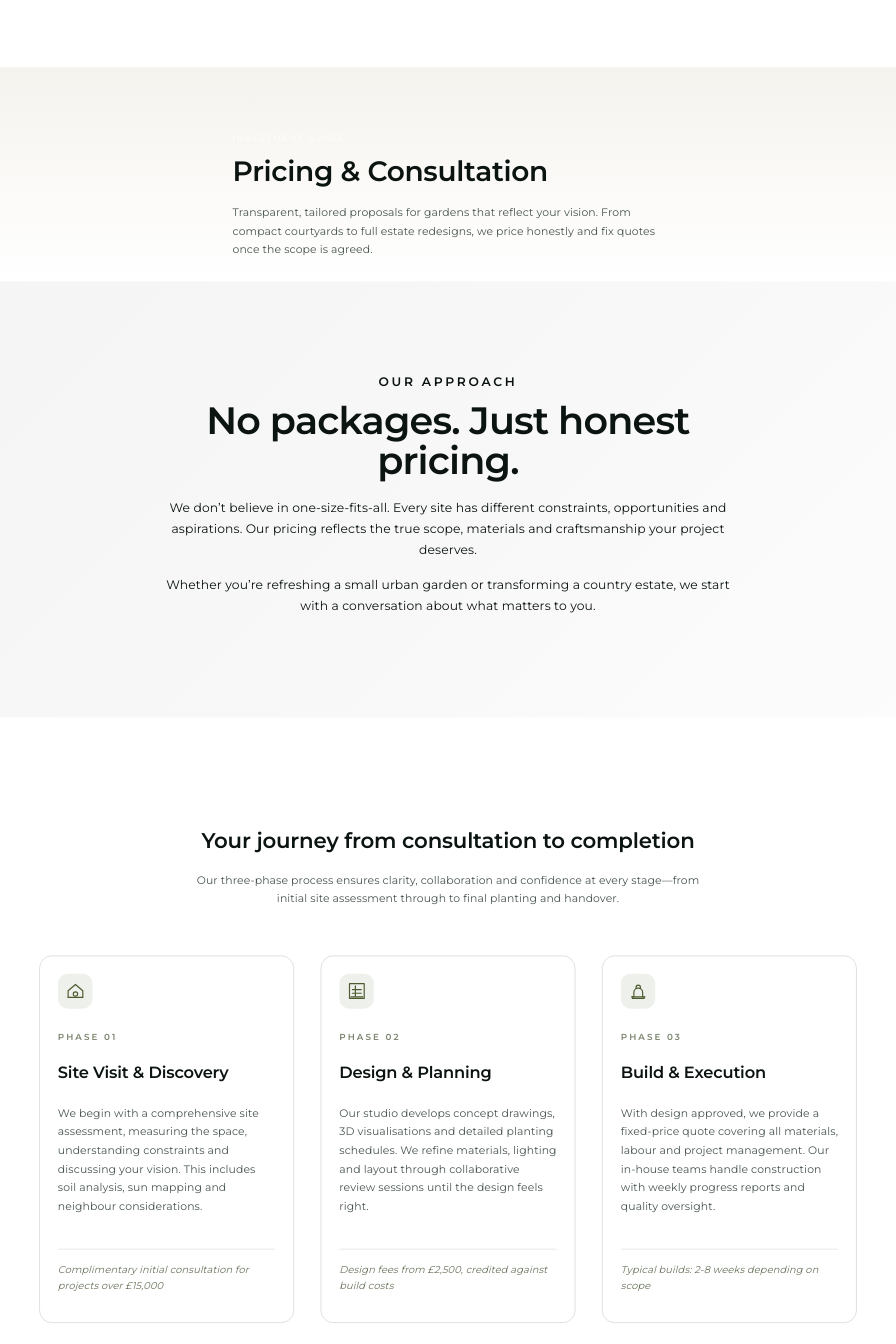
Repository: JoelMann1/MackenzieLandscapes
Page: pricing.html
The author's editor kept a copy of each file at every save. The page is drawn from the files as they stood at one save, then again after the next save.
The browser window is 1280 px wide. The pictures show the part of the page from y = 0 to 1920 px (the page is 4094 px tall), at 70% of full size.

Above is the page before, as saved 2025-10-22 14:51:38.

### pricing.html
<!doctype html>
<html lang="en-GB">
<head>
  <meta charset="utf-8" />
  <meta name="viewport" content="width=device-width, initial-scale=1" />
  <title>Pricing &mdash; Mackenzie Landscapes</title>
  <meta name="description" content="Transparent, simple packages for design, build, and maintenance.">
  <meta name="theme-color" content="#1B8A64">
  <link rel="icon" href="assets/img/favicon.svg" type="image/svg+xml">
  <link rel="stylesheet" href="assets/css/styles.css">
  <meta property="og:title" content="Pricing &mdash; Mackenzie Landscapes">
  <meta property="og:description" content="Explore guide prices for design, build, maintenance, and commercial landscaping projects.">
  <meta property="og:type" content="website">
  <meta property="og:image" content="assets/img/IMG-5466-1024x768.jpg">
  <meta property="og:locale" content="en_GB">
</head>
<body>
<a class="skip-link" href="#content">Skip to content</a>
<header class="site-header" data-header>
  <div class="nav-inner">
    <a class="logo" href="index.html" aria-label="Mackenzie Landscapes home">
      <svg aria-hidden="true" viewBox="0 0 64 64"><use href="assets/img/favicon.svg#leaf"/></svg>
      <span class="visually-hidden">Mackenzie Landscapes</span>
    </a>
    <nav class="primary-nav" aria-label="Primary">
      <ul class="menu" role="menubar">
        <li class="menu-item"><a role="menuitem" href="index.html">Home</a></li>
        <li class="menu-item"><a role="menuitem" href="about.html">About</a></li>
        <li class="menu-item has-panel" data-menu="services">
          <button class="menu-trigger" type="button" aria-expanded="false" aria-controls="panel-services" role="menuitem">
            Services
          </button>
          <div id="panel-services" class="menu-panel" role="menu" hidden>
            <div class="panel-col" role="none">
              <span class="panel-heading">Design &amp; Planning</span>
              <a role="menuitem" href="concept-and-design.html">Concept &amp; Design</a>
              <a role="menuitem" href="softscaping.html">Softscaping</a>
            </div>
            <div class="panel-col" role="none">
              <span class="panel-heading">Build &amp; Care</span>
              <a role="menuitem" href="hardscaping.html">Hardscaping</a>
              <a role="menuitem" href="tree-care.html">Tree Care</a>
              <a role="menuitem" href="commercial.html">Commercial</a>
              <a role="menuitem" href="maintenance.html">Maintenance</a>
            </div>
          </div>
        </li>
        <li class="menu-item has-panel" data-menu="projects">
          <button class="menu-trigger" type="button" aria-expanded="false" aria-controls="panel-projects" role="menuitem">
            Projects
          </button>
          <div id="panel-projects" class="menu-panel" role="menu" hidden>
            <div class="panel-col" role="none">
              <span class="panel-heading">Featured</span>
              <a role="menuitem" href="gallery.html">Gallery Overview</a>
              <a role="menuitem" href="gallery.html#lighting">Lighting &amp; ambience</a>
            </div>
            <div class="panel-col" role="none">
              <span class="panel-heading">Details</span>
              <a role="menuitem" href="gallery.html#hardscape">Hardscape detailing</a>
              <a role="menuitem" href="gallery.html#planting">Planting inspiration</a>
            </div>
          </div>
        </li>
        <li class="menu-item"><a role="menuitem" href="pricing.html">Pricing</a></li>
      </ul>
    </nav>
    <div class="nav-cta">
      <a class="cta" href="contact.html">Contact Us</a>
      <a class="phone" href="tel:+442012345678">+44 20 1234 5678</a>
    </div>
    <button class="mobile-menu-toggle" type="button" aria-label="Toggle mobile menu" aria-expanded="false" aria-controls="mobile-menu">
      <span class="hamburger-line"></span>
      <span class="hamburger-line"></span>
      <span class="hamburger-line"></span>
    </button>
  </div>
</header>

<!-- Mobile Menu Overlay -->
<div class="mobile-menu" id="mobile-menu" aria-hidden="true">
  <div class="mobile-menu__inner">
    <nav class="mobile-nav" aria-label="Mobile navigation">
      <ul class="mobile-menu__list">
        <li class="mobile-menu__item">
          <a href="index.html" class="mobile-menu__link">Home</a>
        </li>
        <li class="mobile-menu__item">
          <a href="about.html" class="mobile-menu__link">About</a>
        </li>
        <li class="mobile-menu__item mobile-menu__item--has-submenu">
          <button class="mobile-menu__link mobile-submenu-toggle" type="button" aria-expanded="false">
            Services
            <svg class="submenu-arrow" width="12" height="12" viewBox="0 0 12 12" fill="none">
              <path d="M2 4L6 8L10 4" stroke="currentColor" stroke-width="2" stroke-linecap="round"/>
            </svg>
          </button>
          <ul class="mobile-submenu">
            <li><a href="concept-and-design.html">Concept &amp; Design</a></li>
            <li><a href="softscaping.html">Softscaping</a></li>
            <li><a href="hardscaping.html">Hardscaping</a></li>
            <li><a href="tree-care.html">Tree Care</a></li>
            <li><a href="commercial.html">Commercial</a></li>
            <li><a href="maintenance.html">Maintenance</a></li>
          </ul>
        </li>
        <li class="mobile-menu__item mobile-menu__item--has-submenu">
          <button class="mobile-menu__link mobile-submenu-toggle" type="button" aria-expanded="false">
            Projects
            <svg class="submenu-arrow" width="12" height="12" viewBox="0 0 12 12" fill="none">
              <path d="M2 4L6 8L10 4" stroke="currentColor" stroke-width="2" stroke-linecap="round"/>
            </svg>
          </button>
          <ul class="mobile-submenu">
            <li><a href="gallery.html">Gallery Overview</a></li>
            <li><a href="gallery.html#residential">Residential Gardens</a></li>
            <li><a href="gallery.html#lighting">Lighting Schemes</a></li>
            <li><a href="gallery.html#hardscape">Hardscape Detailing</a></li>
          </ul>
        </li>
        <li class="mobile-menu__item">
          <a href="pricing.html" class="mobile-menu__link">Pricing</a>
        </li>
      </ul>
      <div class="mobile-menu__cta">
        <a class="mobile-cta-btn" href="contact.html">Contact Us</a>
        <a class="mobile-phone" href="tel:+442012345678">+44 20 1234 5678</a>
      </div>
    </nav>
  </div>
</div>
<main id="content">

<section class="page-hero">
  <div class="container narrow">
    <p class="eyebrow eyebrow--sage">Investment guide</p>
    <h1>Pricing &amp; Consultation</h1>
    <p>Transparent, tailored proposals for gardens that reflect your vision. From compact courtyards to full estate redesigns, we price honestly and fix quotes once the scope is agreed.</p>
  </div>
</section><div id="header-sentinel" aria-hidden="true"></div>

<section class="section section--pricing-intro">
  <div class="container">
    <div class="pricing-intro" data-reveal>
      <p class="eyebrow eyebrow--sage">Our approach</p>
      <h2 class="section-title section-title--display">No packages. Just honest pricing.</h2>
      <p>We don&rsquo;t believe in one-size-fits-all. Every site has different constraints, opportunities and aspirations. Our pricing reflects the true scope, materials and craftsmanship your project deserves.</p>
      <p>Whether you&rsquo;re refreshing a small urban garden or transforming a country estate, we start with a conversation about what matters to you.</p>
    </div>
  </div>
</section>

<section class="section section--consultation-process">
  <div class="container consultation-process">
    <div class="consultation-process__intro" data-reveal>
      <p class="eyebrow eyebrow--sage">How it works</p>
      <h2 class="section-title">Your journey from consultation to completion</h2>
      <p>Our three-phase process ensures clarity, collaboration and confidence at every stage&mdash;from initial site assessment through to final planting and handover.</p>
    </div>
    <div class="consultation-process__steps" data-reveal-stagger>
      <article class="values-item">
        <span class="values-item__icon" aria-hidden="true">
          <svg viewBox="0 0 32 32" fill="none" stroke="currentColor" stroke-width="1.6" stroke-linecap="round" stroke-linejoin="round">
            <path d="M6 24.5v-9L16 7l10 8.5v9" />
            <path d="M13 20c0-1.657 1.343-3 3-3s3 1.343 3 3-1.343 3-3 3-3-1.343-3-3Z" />
            <path d="M6 24.5h20" />
          </svg>
        </span>
        <span class="step-label">Phase 01</span>
        <h3>Site Visit &amp; Discovery</h3>
        <p>We begin with a comprehensive site assessment, measuring the space, understanding constraints and discussing your vision. This includes soil analysis, sun mapping and neighbour considerations.</p>
        <p class="step-note">Complimentary initial consultation for projects over £15,000</p>
      </article>
      <article class="values-item">
        <span class="values-item__icon" aria-hidden="true">
          <svg viewBox="0 0 32 32" fill="none" stroke="currentColor" stroke-width="1.6" stroke-linecap="round" stroke-linejoin="round">
            <path d="M6 6h20v20H6z" />
            <path d="M10 14h12M10 19h12M14 9v14" />
            <path d="M8 24h16" />
          </svg>
        </span>
        <span class="step-label">Phase 02</span>
        <h3>Design &amp; Planning</h3>
        <p>Our studio develops concept drawings, 3D visualisations and detailed planting schedules. We refine materials, lighting and layout through collaborative review sessions until the design feels right.</p>
        <p class="step-note">Design fees from £2,500, credited against build costs</p>
      </article>
      <article class="values-item">
        <span class="values-item__icon" aria-hidden="true">
          <svg viewBox="0 0 32 32" fill="none" stroke="currentColor" stroke-width="1.6" stroke-linecap="round" stroke-linejoin="round">
            <path d="M7 24h18" />
            <path d="M10 24v-6a6 6 0 0 1 12 0v6" />
            <path d="M13 12.5V11a3 3 0 1 1 6 0v1.5" />
            <path d="M8 24v2h16v-2" />
          </svg>
        </span>
        <span class="step-label">Phase 03</span>
        <h3>Build &amp; Execution</h3>
        <p>With design approved, we provide a fixed-price quote covering all materials, labour and project management. Our in-house teams handle construction with weekly progress reports and quality oversight.</p>
        <p class="step-note">Typical builds: 2-8 weeks depending on scope</p>
      </article>
    </div>
  </div>
</section>

<section class="section alt section--pricing-factors">
  <div class="container">
    <div class="pricing-factors" data-reveal>
      <div class="pricing-factors__intro">
        <p class="eyebrow eyebrow--sage">Investment factors</p>
        <h2 class="section-title">What influences project cost</h2>
        <p>Every garden is priced individually based on site conditions, material choices and design complexity. Here are the key factors we consider when preparing your proposal.</p>
      </div>
      <div class="pricing-factors__grid" data-reveal-stagger>
        <div class="factor-item">
          <h3>Site Access &amp; Preparation</h3>
          <p>Narrow side passages, restricted vehicle access or significant level changes require additional planning and equipment.</p>
        </div>
        <div class="factor-item">
          <h3>Materials &amp; Finishes</h3>
          <p>Natural stone, bespoke joinery and premium planting stock command higher investment than standard alternatives.</p>
        </div>
        <div class="factor-item">
          <h3>Design Complexity</h3>
          <p>Water features, integrated lighting systems and multi-level terracing add layers of technical coordination.</p>
        </div>
        <div class="factor-item">
          <h3>Project Timeline</h3>
          <p>Seasonal planting windows, planning permissions and coordination with other trades can influence scheduling and costs.</p>
        </div>
      </div>
    </div>
  </div>
</section>

<section class="section section--pricing-cta">
  <div class="container">
    <div class="enquiry" data-reveal-scale>
      <div class="enquiry__copy">
        <h2>Ready to discuss your project?</h2>
        <p>Share your site plans, inspiration images or simply tell us about your space. We&rsquo;ll arrange a consultation and provide a tailored proposal within five working days.</p>
      </div>
      <div class="enquiry__actions">
        <a class="btn btn--primary" href="contact.html">Book a consultation</a>
        <a class="btn btn--secondary" href="tel:+442012345678"><span data-alt="Call the studio">Call the studio</span></a>
      </div>
    </div>
  </div>
</section>

</main>
<footer class="site-footer">
  <div class="container">
    <div class="footer-hero">
      <h2 class="footer-hero__title">
        <span class="footer-hero__line" data-footer-line>Let's create</span>
        <span class="footer-hero__line footer-hero__line--large" data-footer-line>something</span>
        <span class="footer-hero__line footer-hero__line--accent" data-footer-line>extraordinary</span>
      </h2>
      <div class="footer-hero__cta" data-footer-fade>
        <a href="contact.html" class="footer-cta-btn">Start a project</a>
      </div>
    </div>

    <div class="footer-content">
      <div class="footer-main">
        <div class="footer-brand" data-footer-fade>
          <h3>Mackenzie<br>Landscapes</h3>
          <p>Modern landscaping &amp; garden design for Central &amp; South West London.</p>
        </div>

        <nav class="footer-nav" aria-label="Footer navigation" data-footer-fade>
          <div class="footer-nav__col">
            <h4>Explore</h4>
            <ul>
              <li><a href="about.html">About</a></li>
              <li><a href="gallery.html">Gallery</a></li>
              <li><a href="concept-and-design.html">Design</a></li>
              <li><a href="maintenance.html">Maintenance</a></li>
            </ul>
          </div>
          <div class="footer-nav__col">
            <h4>Connect</h4>
            <ul>
              <li><a href="contact.html">Contact</a></li>
              <li><a href="pricing.html">Pricing</a></li>
              <li><a href="tel:+442012345678">+44 20 1234 5678</a></li>
              <li><a href="mailto:hello@mackenzielandscapes.co.uk">Email us</a></li>
            </ul>
          </div>
        </nav>
      </div>

      <div class="footer-bottom" data-footer-fade>
        <p class="footer-legal">&copy; <span id="year"></span> Mackenzie Landscapes. All rights reserved.</p>
        <div class="footer-social">
          <a href="#" aria-label="Instagram">
            <svg viewBox="0 0 24 24" fill="currentColor"><path d="M12 2.163c3.204 0 3.584.012 4.85.07 3.252.148 4.771 1.691 4.919 4.919.058 1.265.069 1.645.069 4.849 0 3.205-.012 3.584-.069 4.849-.149 3.225-1.664 4.771-4.919 4.919-1.266.058-1.644.07-4.85.07-3.204 0-3.584-.012-4.849-.07-3.26-.149-4.771-1.699-4.919-4.92-.058-1.265-.07-1.644-.07-4.849 0-3.204.013-3.583.07-4.849.149-3.227 1.664-4.771 4.919-4.919 1.266-.057 1.645-.069 4.849-.069zm0-2.163c-3.259 0-3.667.014-4.947.072-4.358.2-6.78 2.618-6.98 6.98-.059 1.281-.073 1.689-.073 4.948 0 3.259.014 3.668.072 4.948.2 4.358 2.618 6.78 6.98 6.98 1.281.058 1.689.072 4.948.072 3.259 0 3.668-.014 4.948-.072 4.354-.2 6.782-2.618 6.979-6.98.059-1.28.073-1.689.073-4.948 0-3.259-.014-3.667-.072-4.947-.196-4.354-2.617-6.78-6.979-6.98-1.281-.059-1.69-.073-4.949-.073zm0 5.838c-3.403 0-6.162 2.759-6.162 6.162s2.759 6.163 6.162 6.163 6.162-2.759 6.162-6.163c0-3.403-2.759-6.162-6.162-6.162zm0 10.162c-2.209 0-4-1.79-4-4 0-2.209 1.791-4 4-4s4 1.791 4 4c0 2.21-1.791 4-4 4zm6.406-11.845c-.796 0-1.441.645-1.441 1.44s.645 1.44 1.441 1.44c.795 0 1.439-.645 1.439-1.44s-.644-1.44-1.439-1.44z"/></svg>
          </a>
        </div>
      </div>
    </div>
  </div>
</footer>
<script src="assets/js/main.js"></script>
</body>
</html>

Loaded but not shown: assets/js/main.js (486 lines, source omitted); assets/css/styles.css (2861 lines, source omitted)

After the next save:
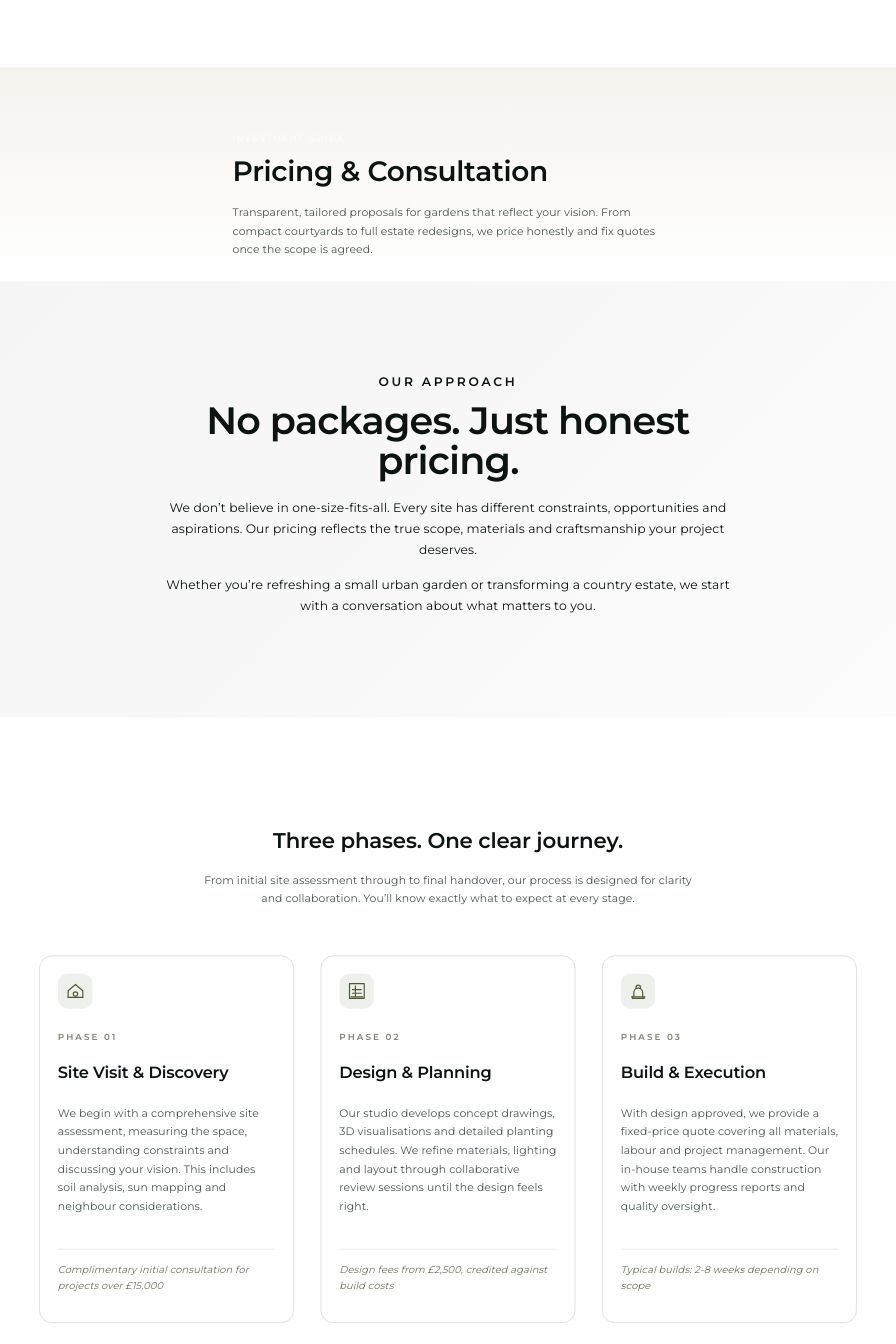
Saved 13 s later.
--- a/pricing.html
+++ b/pricing.html
@@ -154,8 +154,8 @@
   <div class="container consultation-process">
     <div class="consultation-process__intro" data-reveal>
       <p class="eyebrow eyebrow--sage">How it works</p>
-      <h2 class="section-title">Your journey from consultation to completion</h2>
-      <p>Our three-phase process ensures clarity, collaboration and confidence at every stage&mdash;from initial site assessment through to final planting and handover.</p>
+      <h2 class="section-title">Three phases. One clear journey.</h2>
+      <p>From initial site assessment through to final handover, our process is designed for clarity and collaboration. You&rsquo;ll know exactly what to expect at every stage.</p>
     </div>
     <div class="consultation-process__steps" data-reveal-stagger>
       <article class="values-item">
